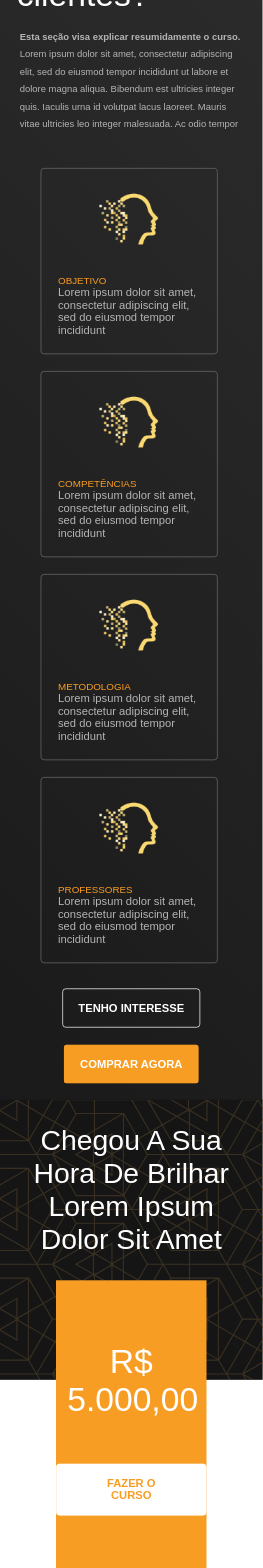
Repository: Rafael-Araujo-dev/Treinamento-Raccoon
Page: Projeto-2/index.html
The author's editor kept a copy of each file at every save. The page is drawn from the files as they stood at one save, then again after the next save.
The browser window is 375 px wide. The pictures show the part of the page from y = 950 to 3190 px (the page is 3190 px tall before and 3117 px after), at 70% of full size.
Some web fonts or font styles are not loaded; a fallback is used.

Above is the page before, as saved 2021-09-23 11:42:07.

After the next save:
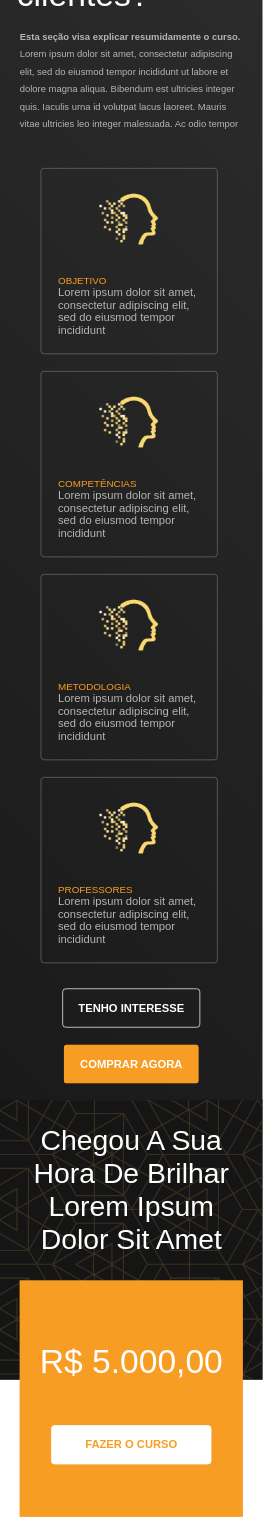
Saved 6 s later.
--- a/Projeto-2/css/style.css
+++ b/Projeto-2/css/style.css
@@ -393,7 +393,7 @@
 }
 
 @media(max-width: 536px) {
-    .take-course .container .text {
+    .take-course .container .card  {
         width: 85%;
     }
 }
